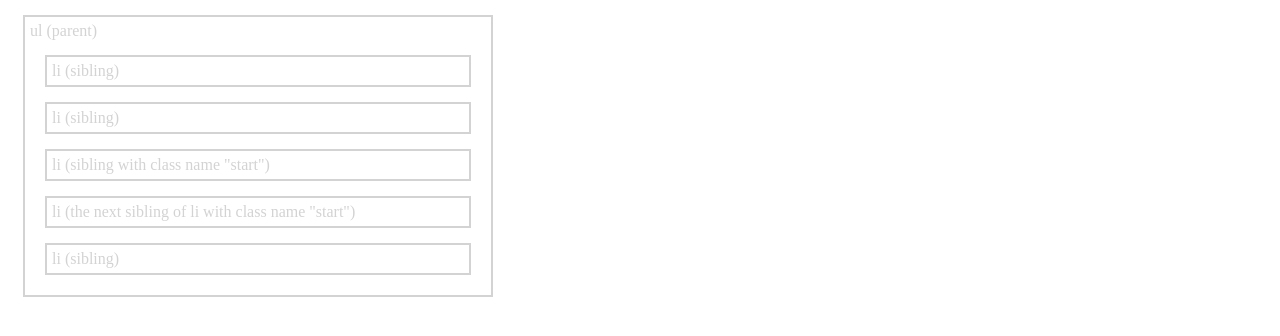
Repository: ypyp0205/jquery
Page: jqpro/WebContent/0213_숙제/prev.html
An editor plug-in stored every save of this project. The page is shown before and after the next save, followed by the edit.
The browser window is 1280 px wide. The pictures show the whole page.

Above is the page before, as saved 2020-02-13 08:43:21.
Console error: ReferenceError: $ is not defined

After the next save:
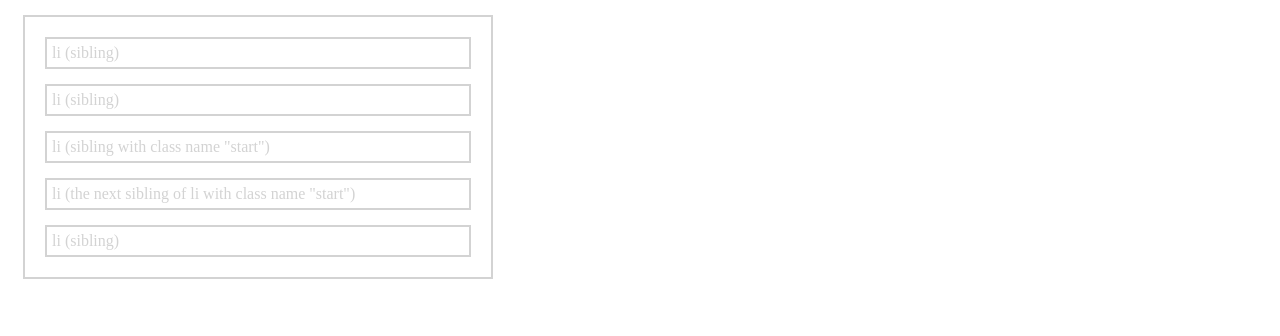
Saved 7 s later.
--- a/jqpro/WebContent/0213_숙제/prev.html
+++ b/jqpro/WebContent/0213_숙제/prev.html
@@ -24,7 +24,7 @@
 
 	<div style="width: 500px;" class="siblings">
 		<ul>
-			ul (parent)
+
 			<li>li (sibling)</li>
 			<li>li (sibling)</li>
 			<li class="start">li (sibling with class name "start")</li>

After the save that followed:
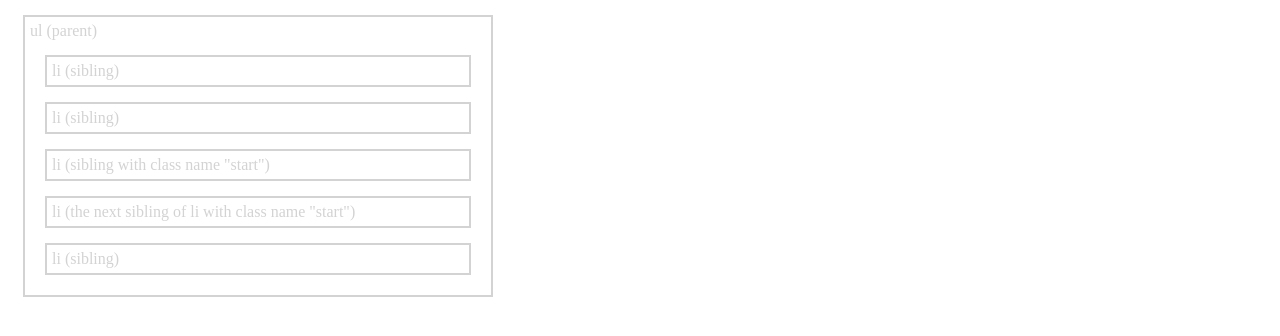
Saved 14 s later.
--- a/jqpro/WebContent/0213_숙제/prev.html
+++ b/jqpro/WebContent/0213_숙제/prev.html
@@ -24,7 +24,7 @@
 
 	<div style="width: 500px;" class="siblings">
 		<ul>
-
+			ul (parent)
 			<li>li (sibling)</li>
 			<li>li (sibling)</li>
 			<li class="start">li (sibling with class name "start")</li>
